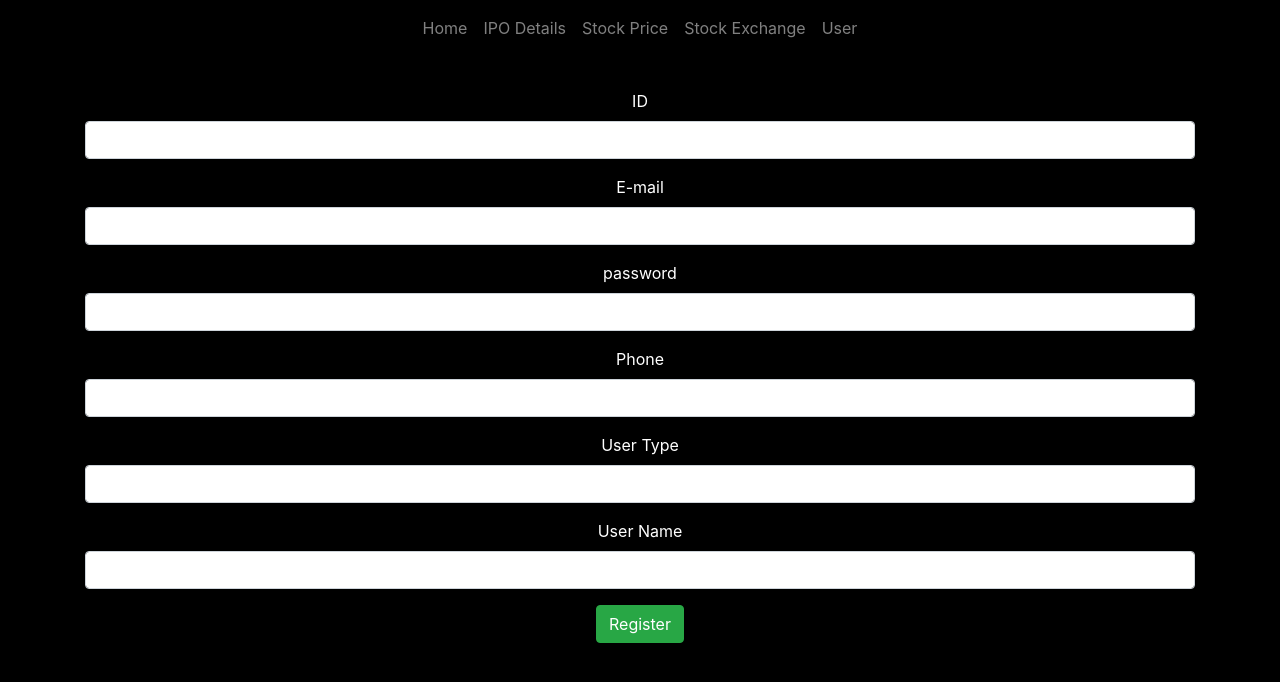
Repository: Gurudutt-S/cts-training
Page: http://localhost/StockExchangeChartingWeb/WEB-INF/views/users.jsp
An editor plug-in stored every save of this project. The page is shown before and after the next save, followed by the edit.
The browser window is 1280 px wide. The pictures show the whole page.
The page is served by Tomcat 9. Nobody is signed in. The template is opened directly, without the code that normally fills it, so the values that code supplies are empty.

Above is the page before, as saved 2020-02-12 05:58:23.
Console error (its wording comes from the project's code and is left out).

After the next save:
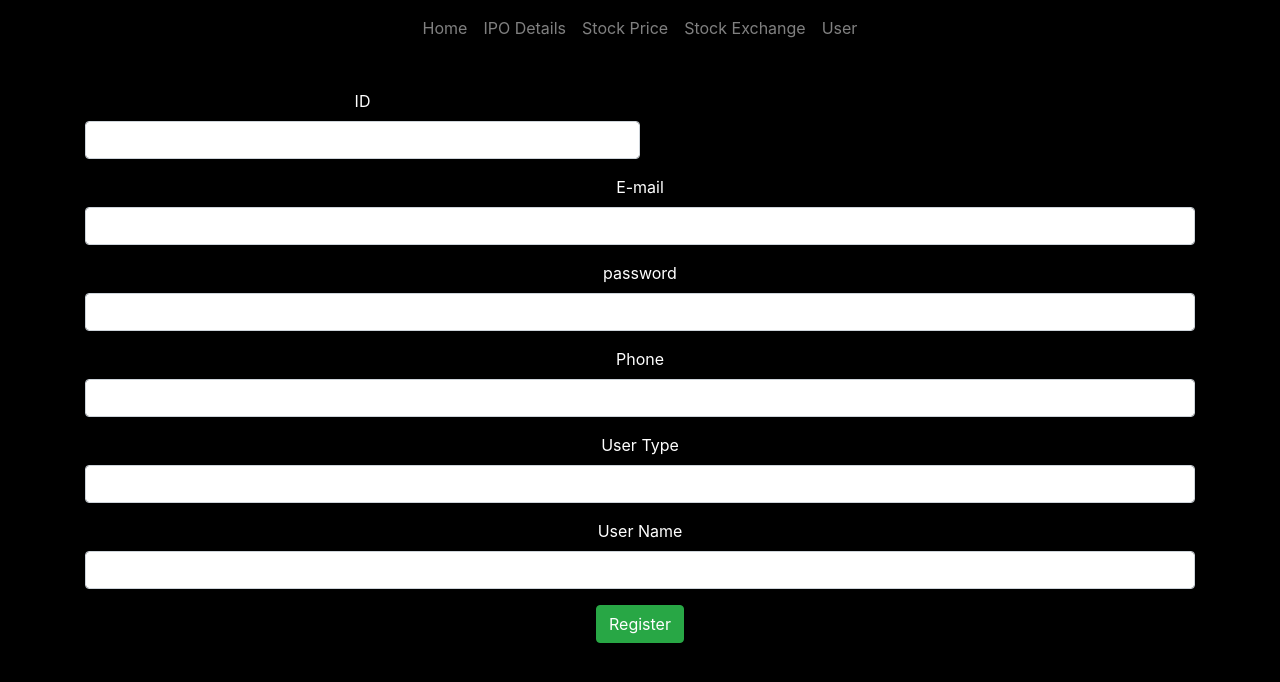
Saved 5 min 53 s later.
--- a/Day_36/StockExchangeChartingWeb/src/main/webapp/WEB-INF/views/users.jsp
+++ b/Day_36/StockExchangeChartingWeb/src/main/webapp/WEB-INF/views/users.jsp
@@ -9,7 +9,7 @@
 <div class="container ">
 	<form:form action="${userUrl }" modelAttribute="user">
 
-		<div class="form-group">
+		<div class="form-group w-50">
 			<form:label path="id">ID</form:label>
 			<form:input path="id" class="form-control"></form:input>
 		</div>
